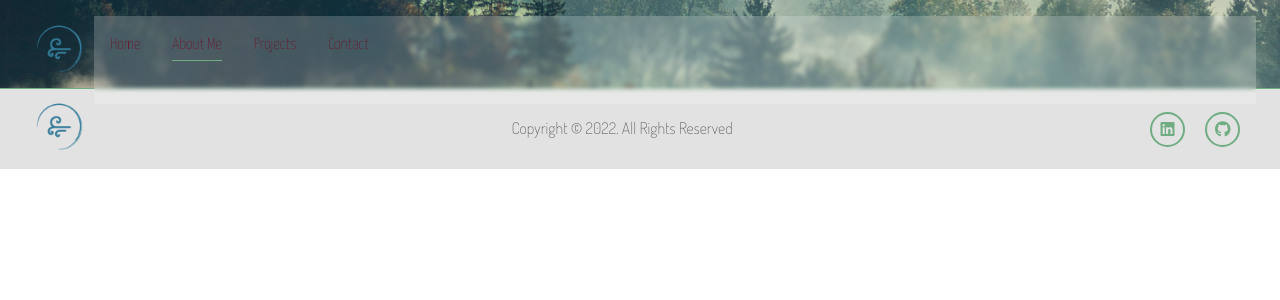
Repository: TrellixVulnTeam/pre-work_928R
Page: deploy/about.html
An editor plug-in stored every save of this project. The page is shown before and after the next save, followed by the edit.
The browser window is 1280 px wide. The pictures show the whole page.
Some web libraries are served in a nearby version. The style sheet was rebuilt from its Sass, Less or Tailwind sources for each picture, by a compiler version that may differ from the author's.

Above is the page before, as saved 2022-04-20 11:37:58.

After the next save:
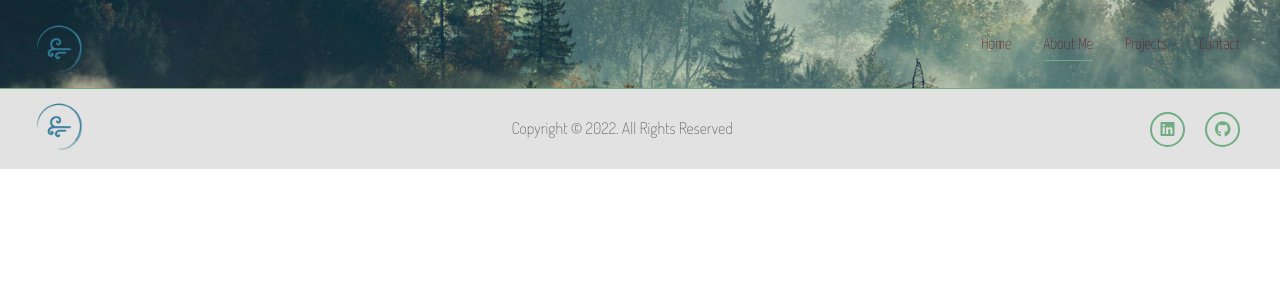
Saved 55 s later.
--- a/scss/config.scss
+++ b/scss/config.scss
@@ -112,13 +112,6 @@ $bg-image: url("../img/hero_image3.jpeg");
         background: $bg-image no-repeat 40% 50% / cover;
         border-bottom: 1px $styleText solid;
         height: 5.5rem;
-
-        .blur {
-            background: rgba(255, 255, 255, 0.2);
-            backdrop-filter: blur(2px);
-            height: 5.5rem;
-            width: 100%;
-        }
     }
 }
 
